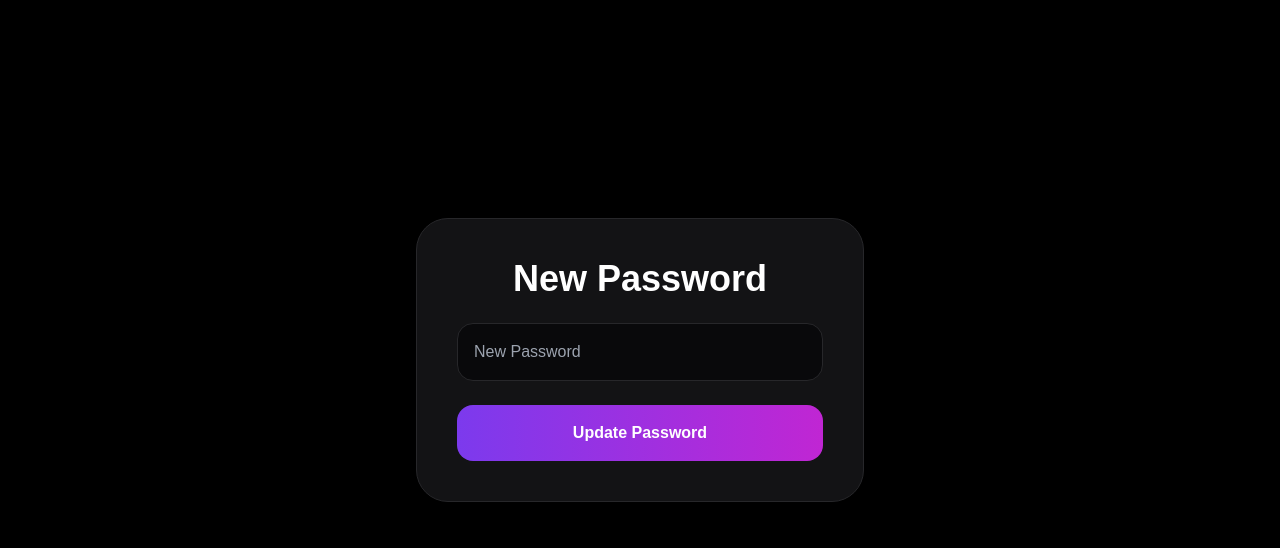
Repository: Maykal-Projects/Otakuflow
Page: /reset-password
An editor plug-in stored every save of this project. The page is shown before and after the next save, followed by the edit.
The browser window is 1280 px wide. The pictures show the whole page.
The project was rebuilt for these pictures with package versions that can differ from the ones it lists, and the page was loaded fresh each time. The framework's server and built-in components were replaced by stand-ins that run in the browser. Also part of the build but not shown: next.config.ts.

Above is the page before, as saved 2026-05-30 15:33:07.

### app/layout.tsx
import "./globals.css";

import type { Metadata } from "next";

import { Toaster } from "react-hot-toast";

export const metadata = {

  title: "Otakuflorist",

  applicationName:
    "Otakuflorist",

  description:
    "Track anime, build your library and discover trending shows.",

};

export const viewport = {
  themeColor: "#07010f",
  colorScheme: "dark",
  viewportFit: "cover",
};

export default function RootLayout({
  children,
}: Readonly<{
  children: React.ReactNode;
}>) {
  return (
    <html
  lang="en"
  suppressHydrationWarning
>
      <body className="bg-[#07010f]">
        {children}

        <Toaster
  position="top-center"
  toastOptions={{
    duration: 2500,

    style: {
      background:
        "rgba(15,15,20,0.95)",

      color: "#fff",

      border:
        "1px solid rgba(255,255,255,0.08)",

      borderRadius:
        "22px",

      padding:
        "18px 22px",

      backdropFilter:
        "blur(18px)",

      fontWeight:
        "800",

      boxShadow:
        "0 10px 60px rgba(0,0,0,0.5)",
    },

    success: {
      iconTheme: {
        primary:
          "#a855f7",
        secondary:
          "#fff",
      },
    },
  }}
/>
      </body>
    </html>
  );
}

### app/reset-password/page.tsx
"use client";

import { useState } from "react";

import { supabase } from "@/lib/supabase";

export default function ResetPasswordPage() {

  const [password, setPassword] =
    useState("");

  const [loading, setLoading] =
    useState(false);

  const [done, setDone] =
    useState(false);

async function updatePassword() {

  if (!password) return;

  setLoading(true);

  const { data, error } =
    await supabase.auth.updateUser({
      password,
    });

  console.log(data);
  console.log(error);

  if (error) {

    alert(error.message);

    setLoading(false);

    return;
  }

  setDone(true);

  setLoading(false);
}

  return (
    <main className="min-h-screen bg-black text-white flex items-center justify-center px-6">

      <div className="w-full max-w-md bg-zinc-900/80 border border-zinc-800 rounded-[32px] p-10">

        <h1 className="text-4xl font-black mb-6 text-center">
          New Password
        </h1>

        {done ? (

        <div className="text-center">

  <div className="w-20 h-20 rounded-full bg-green-500/10 border border-green-500/20 flex items-center justify-center mx-auto mb-6 text-3xl">
    ✓
  </div>

  <h2 className="text-3xl font-black mb-3">
    Password Updated
  </h2>

  <p className="text-zinc-400 mb-8">
    Your password was changed successfully.
  </p>

  <button
    onClick={() =>
      window.location.href = "/login"
    }
    className="w-full py-4 rounded-2xl bg-gradient-to-r from-violet-600 to-fuchsia-600 font-bold"
  >
    Back To Login
  </button>

</div>

        ) : (

          <>

            <input
              type="password"
              placeholder="New Password"
              value={password}
              onChange={(e) =>
                setPassword(e.target.value)
              }
              className="w-full bg-zinc-950 border border-zinc-800 rounded-2xl px-4 py-4 mb-6 outline-none"
            />

            <button
              onClick={updatePassword}
              disabled={loading}
              className="w-full py-4 rounded-2xl bg-gradient-to-r from-violet-600 to-fuchsia-600 font-bold"
            >
              {loading
                ? "Updating..."
                : "Update Password"}
            </button>

          </>

        )}

      </div>

    </main>
  );
}

### app/globals.css
@tailwind base;
@tailwind components;
@tailwind utilities;

html,
body {
  background: #07010f !important;
  color: white;
  font-family: Arial, Helvetica, sans-serif;
  min-height: 100%;
  width: 100%;
  overflow-x: hidden;
  overflow-y: auto;
}

body {
  position: relative;
}

@keyframes spinSlow {
  from {
    transform: rotate(0deg);
  }

  to {
    transform: rotate(360deg);
  }
}

.animate-spin-slow {
  animation: spinSlow 8s linear infinite;
}

### lib/supabase.ts
import { createClient } from "@supabase/supabase-js";

const supabaseUrl =
  process.env.NEXT_PUBLIC_SUPABASE_URL || "";

const supabaseAnonKey =
  process.env.NEXT_PUBLIC_SUPABASE_ANON_KEY || "";

export const supabase = createClient(
  supabaseUrl,
  supabaseAnonKey
);

### tailwind.config.js
/** @type {import('tailwindcss').Config} */
module.exports = {
  content: [
    "./app/**/*.{js,ts,jsx,tsx}",
    "./components/**/*.{js,ts,jsx,tsx}",
  ],
  theme: {
    extend: {},
  },
  plugins: [],
};

After the next save:
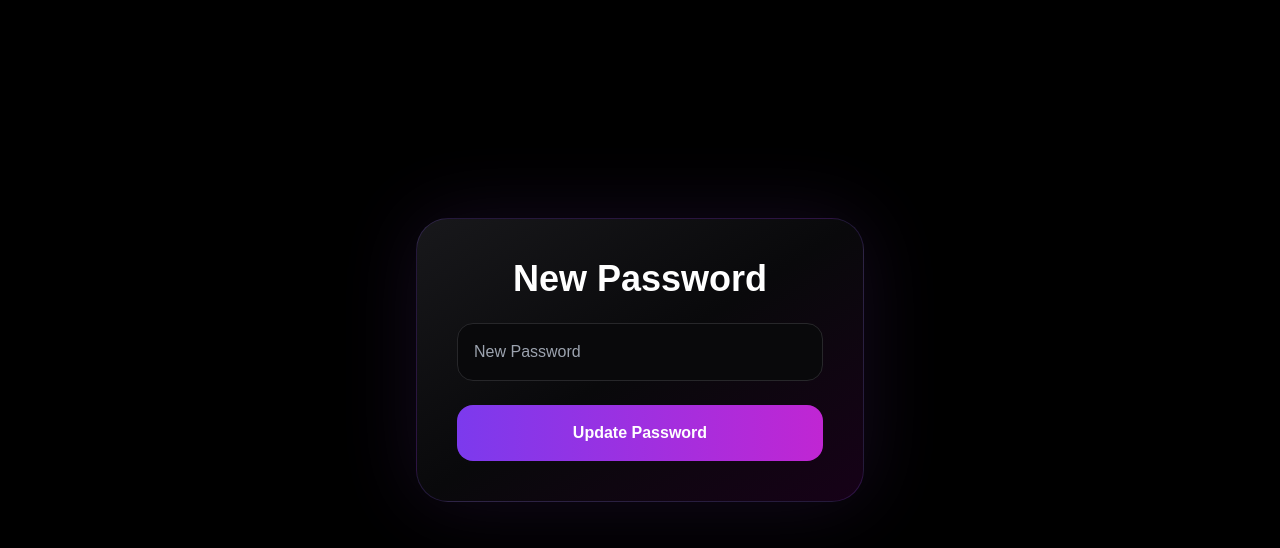
Saved 55 s later.
--- a/app/reset-password/page.tsx
+++ b/app/reset-password/page.tsx
@@ -46,7 +46,7 @@ async function updatePassword() {
   return (
     <main className="min-h-screen bg-black text-white flex items-center justify-center px-6">
 
-      <div className="w-full max-w-md bg-zinc-900/80 border border-zinc-800 rounded-[32px] p-10">
+      <div className="relative overflow-hidden w-full max-w-md rounded-[32px] border border-violet-500/20 bg-gradient-to-br from-zinc-900 via-zinc-950 to-fuchsia-950/30 p-10 shadow-[0_0_80px_rgba(168,85,247,0.12)]">
 
         <h1 className="text-4xl font-black mb-6 text-center">
           New Password
